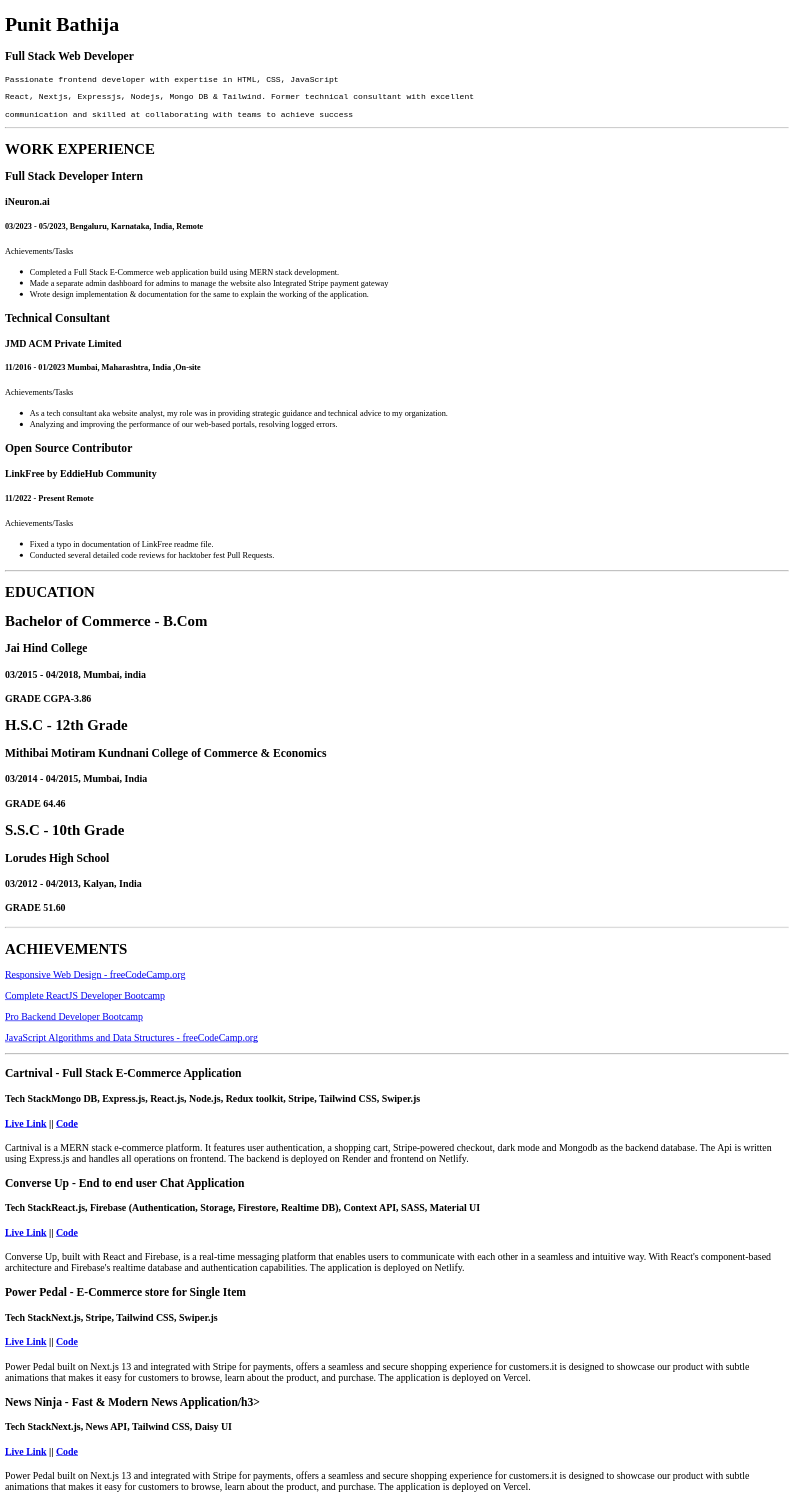
Repository: punitbathija/Placement-Assitance-iNeuron
Page: index.html
An editor plug-in stored every save of this project. The page is shown before and after a run of saves, followed by the edit.
The browser window is 1280 px wide. The pictures show the whole page, at 62% of full size.

Above is the page before, as saved 2023-05-18 12:54:42.

After the next 2 saves:
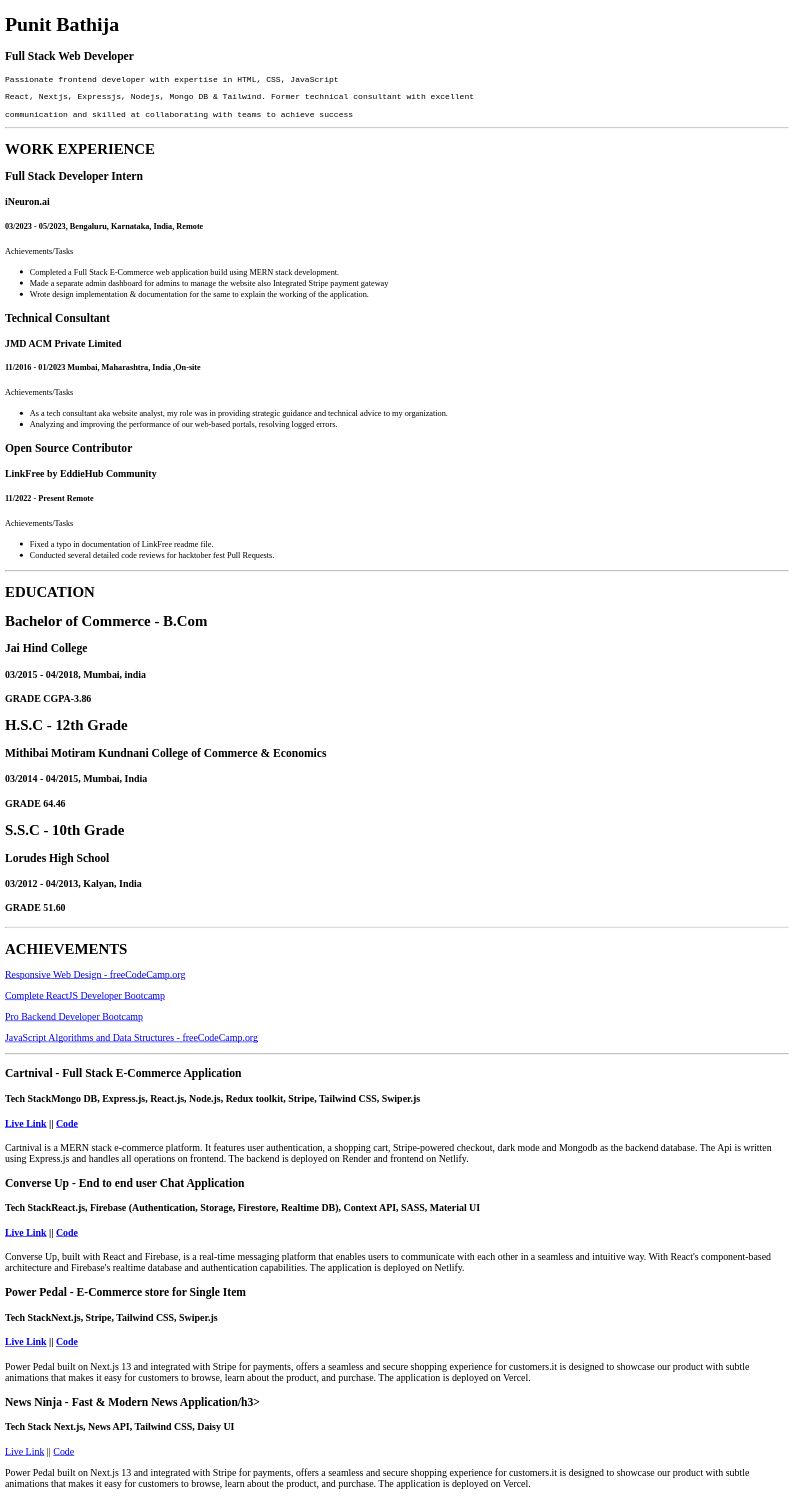
The 2 saves are shown as one change because they came seconds apart.
The last was saved 8 s later.
--- a/index.html
+++ b/index.html
@@ -206,8 +206,7 @@ communication and skilled at collaborating with teams to achieve success</pre
       </div>
       <div>
         <h3>News Ninja - Fast & Modern News Application/h3>
-        <h4><b>Tech Stack</b>Next.js, News API, Tailwind CSS, Daisy UI</h4>
-        <h4>
+        <h4><b>Tech Stack</b> Next.js, News API, Tailwind CSS, Daisy UI</h4>
           <a href="https://power-pedal.vercel.app/" target="_blank"
             >Live Link</a
           >
